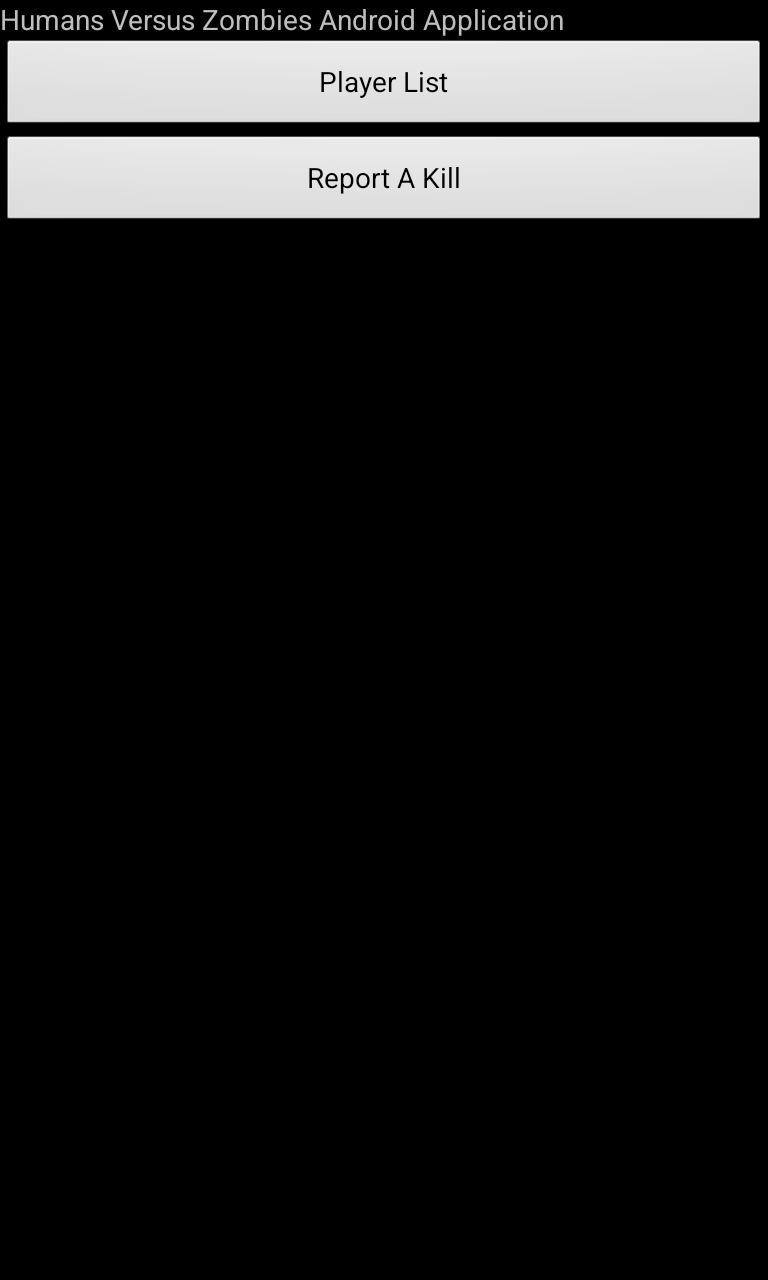
Repository: rolsen/HvZ
Layout: HvZ_phone/res/layout/main.xml
The author's editor kept a copy of each file at every save. The layout is drawn from the files as they stood at one save, then again after the next save.
It is drawn on a 768 x 1280 px phone screen (xhdpi) without system bars, with theme android:Theme; the app's code is not run.

Above is the layout before, as saved 2011-11-05 00:09:34.

After the next save:
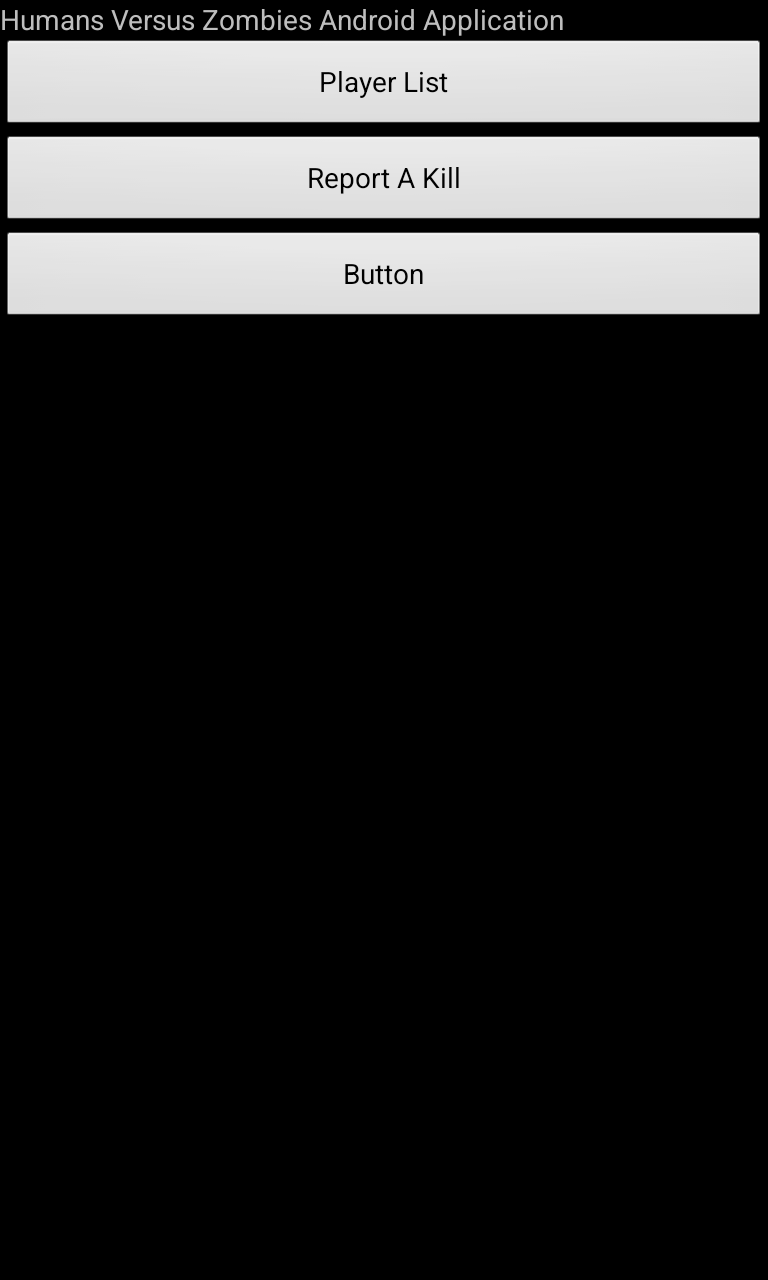
Saved 93 s later.
--- a/HvZ_phone/res/layout/main.xml
+++ b/HvZ_phone/res/layout/main.xml
@@ -21,10 +21,18 @@
         android:layout_width="match_parent"
         android:layout_height="wrap_content"
         android:text="Player List" />
+
     <Button
         android:id="@+id/button2"
         android:layout_width="match_parent"
         android:layout_height="wrap_content"
         android:text="Report A Kill" />
 
+
+    <Button
+        android:id="@+id/button3"
+        android:layout_width="match_parent"
+        android:layout_height="wrap_content"
+        android:text="Button" />
+
 </LinearLayout>
